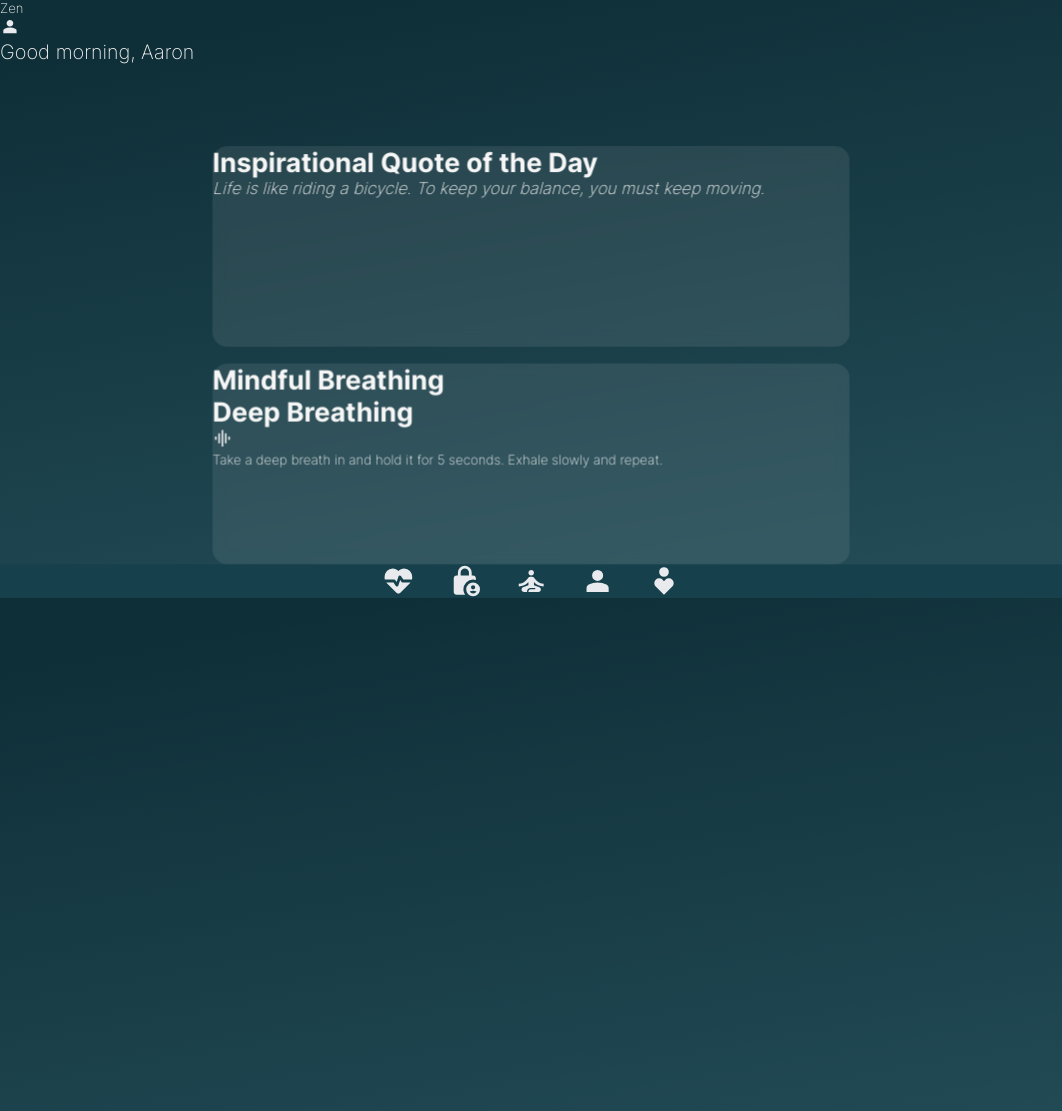
Repository: aaronw-dev/Zen
Page: dashboard.html
An editor plug-in stored every save of this project. The page is shown before and after the next save, followed by the edit.
The browser window is 1280 px wide. The pictures show the whole page, at 83% of full size.

Above is the page before, as saved 2024-06-08 14:07:46.

### dashboard.html
<!DOCTYPE html>
<html lang="en">

<head>
    <meta charset="UTF-8">
    <meta name="viewport" content="width=device-width, initial-scale=1.0">
    <title>Zen</title>
    <link rel="stylesheet" href="../static/colors.css">
    <link rel="stylesheet" href="../static/style.css">
</head>

<body>
    <div class="header">
        <logo src="../static/icons/crisis.svg">
        <span class="header-name">Zen</span>
    </div>
    <div class="profile-image">
        <img src="../static/icons/profile.svg">
        <h2>Good morning, Aaron</h2>
    </div>

    <div class="features">
        <div class="inspirational_quote">
            <h2 class="section-title">Inspirational Quote of the Day</h2>
            <p class="quote">Life is like riding a bicycle. To keep your balance, you must keep moving.</p>
        </div>
        <div class="mindful_breathing">

            <h2 class="section-title">Mindful Breathing</h2>
            <div class="mindful-audio">
                <h3 class="section-title">Deep Breathing</h3>
                <span class="audio-icon"><img src="../static/icons/audio.svg"></span>
            </div>

            <p>Take a deep breath in and hold it for 5 seconds. Exhale slowly and repeat.</p>
        </div>
    </div>
    <div class="bottom-icons">
        <img src="../static/icons/crisis.svg">
        <img src="../static/icons/journal.svg">
        <img src="../static/icons/meditate.svg">
        <img src="../static/icons/profile.svg">
        <img src="../static/icons/counselling.svg">
    </div>
</body>

</html>

### static/colors.css
:root {
    --text: #F6F6F6;
    --buttons: #0F2F38;
    --radial-bg: radial-gradient(89.12% 42.87% at 50.08% 50.93%, #2B606F 0%, #0D3642 100%);
    --linear-bg: linear-gradient(170deg, #0F2F38 9.2%, #224B56 91.67%);
}

### static/style.css
@font-face {
    font-family: Inter;
    src: url("./font/Inter-Bold.ttf");
    font-weight: bold;
}

@font-face {
    font-family: Inter;
    src: url("./font/Inter-ExtraLight.ttf");
    font-weight: lighter;
}

html {
    height: 100%;
}

body {
    background: radial-gradient(89.12% 42.87% at 50.08% 50.93%, #2B606F 0%, #0D3642 100%);
    width: 603px;
    height: 1339px;
    margin: 0;
    background-repeat: no-repeat;
    background-attachment: fixed;
    background: var(--linear-bg);
}

* {
    font-family: Inter;
    color: var(--text);
    font-weight: lighter;
}

h1,
h2,
h3,
h4,
h5,
h6,
p {
    margin-top: 0;
    margin-bottom: 0;
}

.hero {
    position: absolute;
    left: 50%;
    transform: translateX(-50%);
    margin: auto;
    width: 40%;
    display: flex;
    flex-direction: column;
    align-items: center;
    top: 70px;
}

.hero img {
    width: 100%;
}

.hero-name {
    font-size: 60px;
}

.tagline {
    display: flex;
    flex-direction: column;
    align-items: center;
    line-height: 0.85;
    position: absolute;
    top: 50%;
    left: 50%;
    transform: translate(-50%, -50%);
    width: max-content;
}

.tagline span:nth-child(1) {
    font-weight: bold;
    font-size: 3.5em;
}

.tagline span:nth-child(2) {
    font-weight: lighter;
    font-size: 3.2em;
}

.action-buttons {
    display: flex;
    flex-direction: column;
    align-items: center;
    width: 60%;
    position: absolute;
    bottom: 40px;
    gap: 20px;
    left: 50%;
    transform: translateX(-50%);
}
.features {
    display: flex;
    flex-direction: column;
    align-items: center;
    height: 70%;
    width: 60%;
    position: absolute;
    bottom: 40px;
    gap: 20px;
    left: 50%;
    transform: translateX(-50%);
}
.action-buttons button {
    width: 100%;
    padding: 5px 30px;
    font-size: 25px;
    border: none;
    background-color: var(--buttons);
    border-radius: 15px;
}

.inspirational_quote{
    width: 100%;
    height: 100%;
    background: rgba(219.94, 219.94, 219.94, 0.11); border-radius: 18px;
    backdrop-filter: blur(8.90px);

}
.inspirational_quote p{
    font-size: 20px;
}
.mindful_breathing{
    width: 100%;
    height: 100%;
    background: rgba(219.94, 219.94, 219.94, 0.11); border-radius: 18px;
    backdrop-filter: blur(8.90px);
}

.bottom-icons {
    height: 40px;
    background: #16404B;
    display: flex;
    justify-content: center;
    position: absolute;
    bottom: 0px;
    width: 100%;
    gap: 40px;
}
.bottom-icons img{
    height: 40px;
}
.header{
    display: flex;
    align-items: center;
}
.header img {
    margin-right: auto;
}
.header-name {
    margin-left: auto;
}

.section-title{
    color: #F6F6F6;
    font-family: Inter;
    font-size: 32px;
    font-style: normal;
    font-weight: 700;
    line-height: normal;
}
.section-title h3{
    color: #F6F6F6;
    font-family: Inter;
    font-size: 24px;
    font-style: normal;
    font-weight: 700;
    line-height: normal;
}
.quote{
    color: #F6F6F6;
    font-family: Inter;
    font-size: 28px;
    font-style: italic;
    font-weight: 200;
    line-height: normal;
}

After the next save:
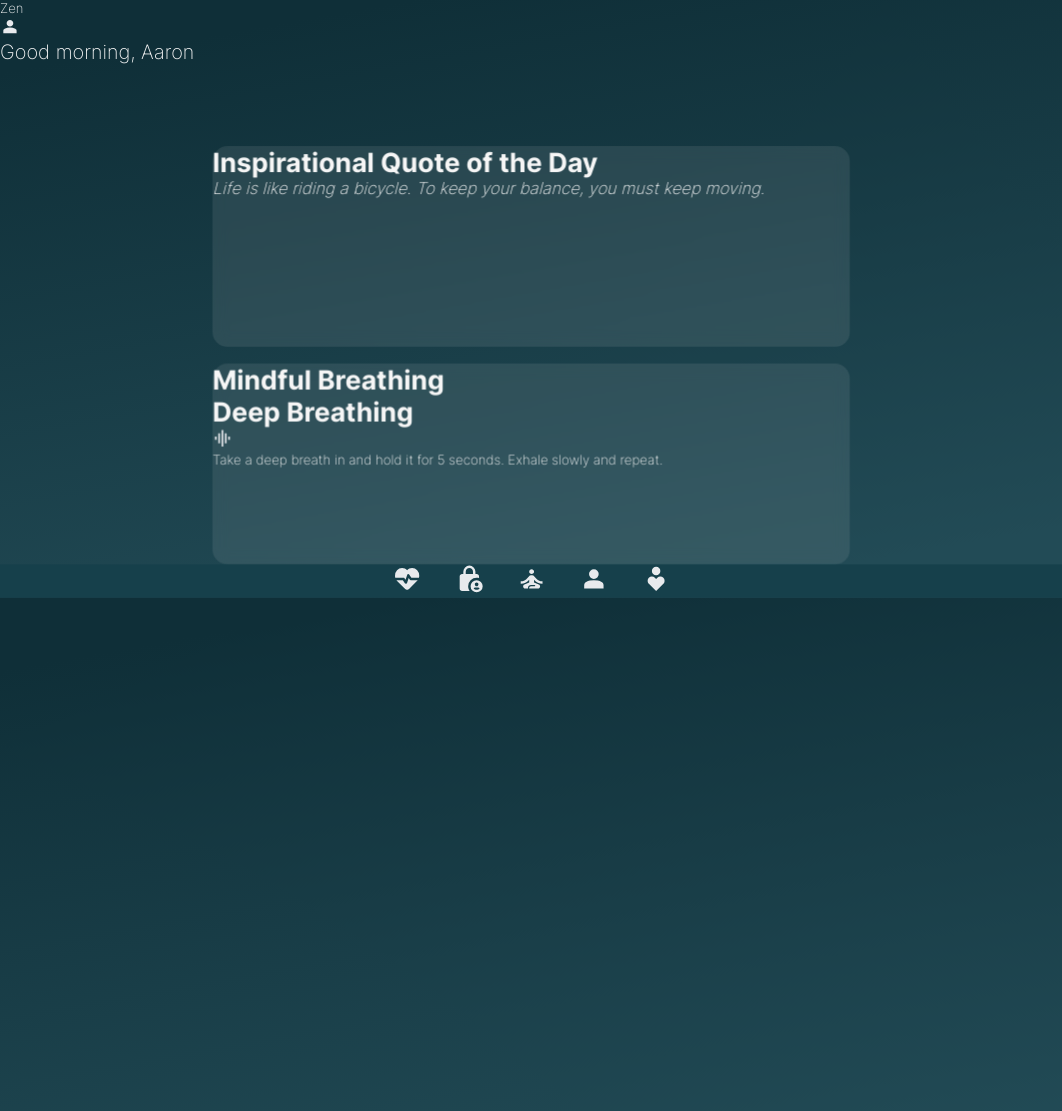
Saved 7 s later.
--- a/static/style.css
+++ b/static/style.css
@@ -143,7 +143,7 @@ p {
     gap: 40px;
 }
 .bottom-icons img{
-    height: 40px;
+    height: 35px;
 }
 .header{
     display: flex;
